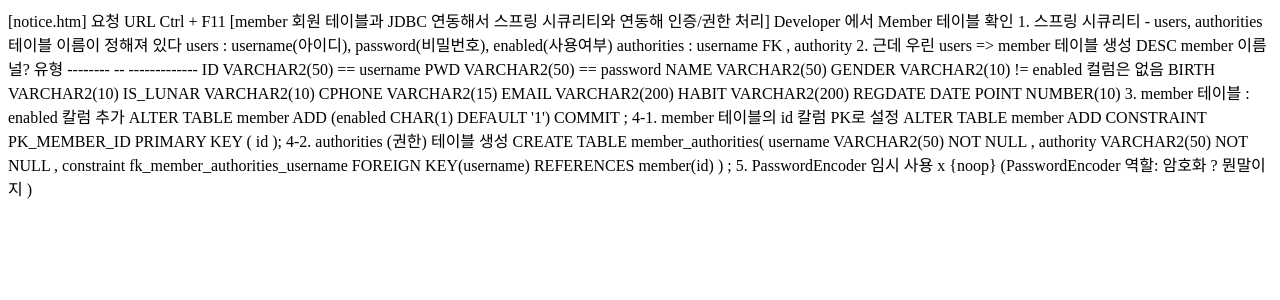
Repository: Vida0822/-
Page: SL11_SECURITY2_JDBC/src/main/webapp/customer/notice.htm
An editor plug-in stored every save of this project. The page is shown before and after the next save, followed by the edit.
The browser window is 1280 px wide. The pictures show the whole page.

Above is the page before, as saved 2023-07-05 00:40:13.

After the next save:
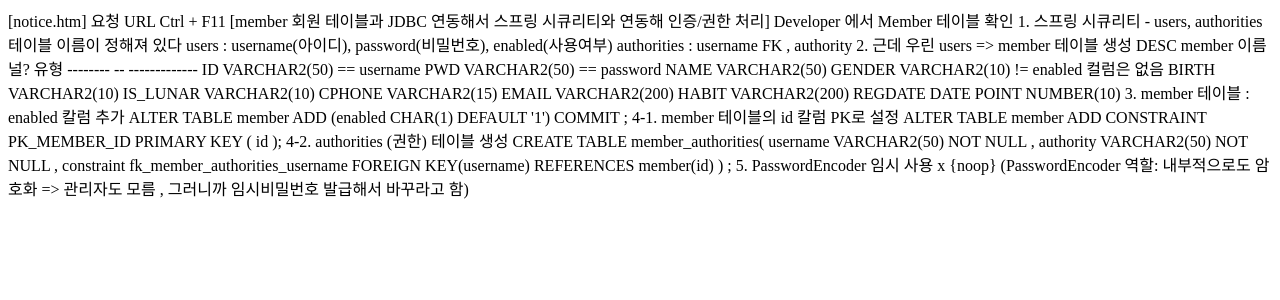
Saved 33 s later.
--- a/SL11_SECURITY2_JDBC/src/main/webapp/customer/notice.htm
+++ b/SL11_SECURITY2_JDBC/src/main/webapp/customer/notice.htm
@@ -56,4 +56,4 @@ CREATE TABLE member_authorities(
 
 
 5. PasswordEncoder 임시 사용 x {noop}
-(PasswordEncoder 역할: 암호화 ? 뭔말이지 )
+(PasswordEncoder 역할: 내부적으로도 암호화  => 관리자도 모름 , 그러니까 임시비밀번호 발급해서 바꾸라고 함)
